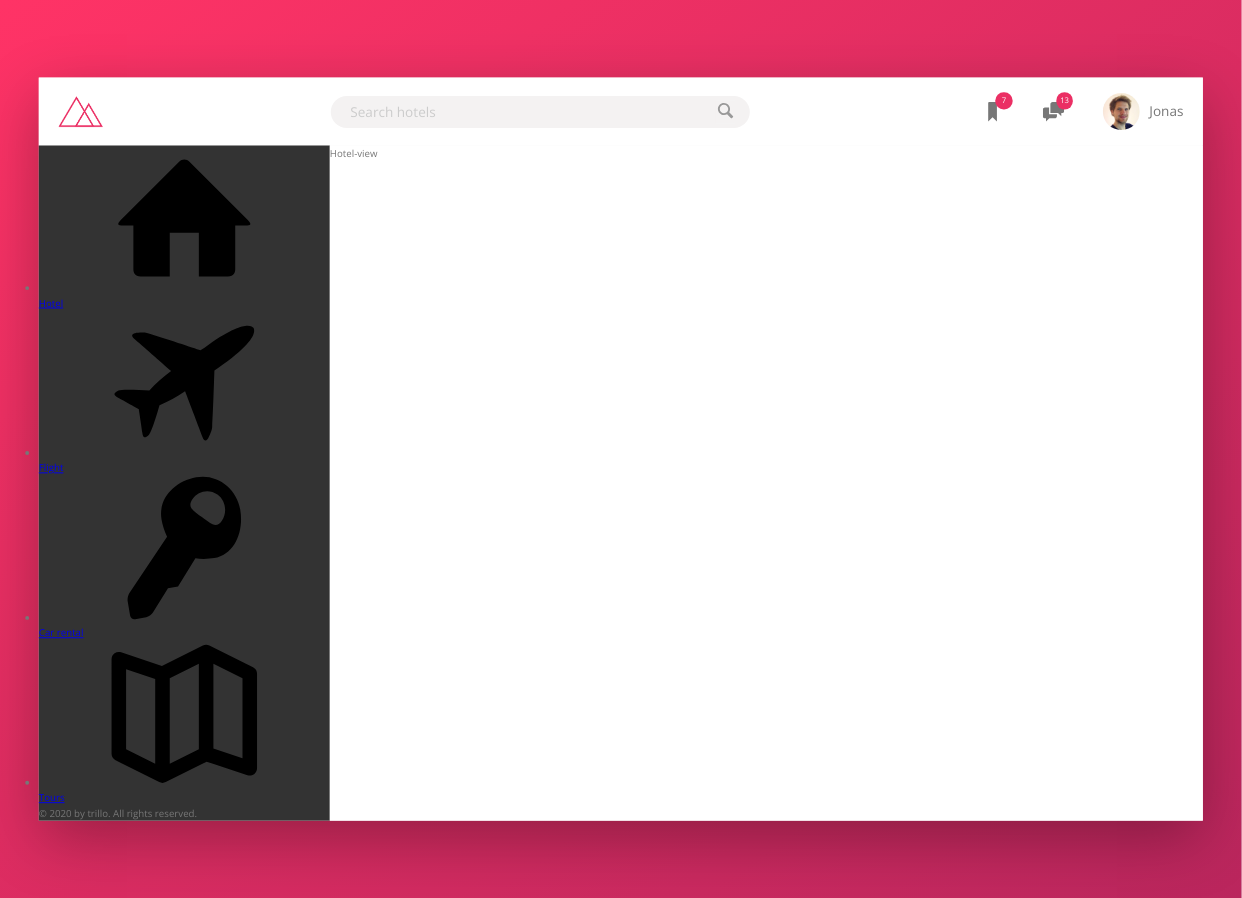
Repository: Lithium87/Trillo
Page: index.html
The author's editor kept a copy of each file at every save. The page is drawn from the files as they stood at one save, then again after the next save.
The browser window is 1280 px wide. The pictures show the whole page, at 97% of full size.
The style sheet was rebuilt from its Sass, Less or Tailwind sources for each picture, by a compiler version that may differ from the author's.

Above is the page before, as saved 2020-05-15 23:50:50.

### index.html
<!DOCTYPE html>
<html lang="en">

<head>
    <meta charset="UTF-8">
    <meta name="viewport" content="width=device-width, initial-scale=1.0">

    <link href="https://fonts.googleapis.com/css?family=Open+Sans:300,400,600" rel="stylesheet">
    <link rel="stylesheet" href="css/style.css">
    <link rel="shortcut icon" type="image/png" href="img/favicon.png">

    <title>trillo &mdash; Your all-in-one booking app</title>
</head>

<body>
    <div class="container">
        <header class="header">
            <img src="img/logo.png" alt="Trillo logo" class="logo">
            <form action="#" class="search">
                <input type="text" class="search__input" placeholder="Search hotels">
                <button class="search__button">
                    <svg class="search__icon">
                        <use xlink:href="img/sprite.svg#icon-magnifying-glass"></use>
                    </svg>
                </button>
            </form>

            <nav class="user-nav">
                <div class="user-nav__icon-box">
                    <svg class="user-nav__icon">
                        <use xlink:href="img/sprite.svg#icon-bookmark"></use>
                    </svg>
                    <span class="user-nav__notification">7</span>
                </div>
                <div class="user-nav__icon-box">
                    <svg class="user-nav__icon">
                        <use xlink:href="img/sprite.svg#icon-chat"></use>
                    </svg>
                    <span class="user-nav__notification">13</span>
                </div>
                <div class="user-nav__user">
                    <img src="img/user.jpg" alt="User photo" class="user-nav__user-photo">
                    <span class="user-nav__user-name">Jonas</span>
                </div>
            </nav>
        </header>
        <div class="content">
            <nav class="sidebar">
                <ul class="side-nav">
                    <li class="side-nav__item">
                        <a href="#" class="side-nav__link">
                            <svg class="side-nav__icon">
                                <use xlink:href="img/stripe.svg#icon-home"></use>
                            </svg>
                            <span>Hotel</span>
                        </a>
                    </li>
                    <li class="side-nav__item">
                        <a href="#" class="side-nav__link">
                            <svg class="side-nav__icon">
                                <use xlink:href="img/stripe.svg#icon-aircraft"></use>
                            </svg>
                            <span>Flight</span>
                        </a>
                    </li>
                    <li class="side-nav__item">
                        <a href="#" class="side-nav__link">
                            <svg class="side-nav__icon">
                                <use xlink:href="img/stripe.svg#icon-key"></use>
                            </svg>
                            <span>Car rental</span>
                        </a>
                    </li>
                    <li class="side-nav__item">
                        <a href="#" class="side-nav__link">
                            <svg class="side-nav__icon">
                                <use xlink:href="img/stripe.svg#icon-map"></use>
                            </svg>
                            <span>Tours</span>
                        </a>
                    </li>
                </ul>
                <div class="legal">
                    &copy; 2020 by trillo. All rights reserved.
                </div>
            </nav>
            <main class="hotel-view">
                Hotel-view
            </main>
        </div>
    </div>
</body>

</html>

### sass/_base.scss
:root {
    --color-primary: #eb2f64;
    --color-primary-light: #FF3366;
    --color-primary-dark: #BA265D;
    --color-grey-light-1: #faf9f9;
    --color-grey-light-2: #f4f2f2;
    --color-grey-light-3: #f0eeee;
    --color-grey-light-4: #ccc;
    --color-grey-dark-1: #333;
    --color-grey-dark-2: #777;
    --color-grey-dark-3: #999;
    --shadow-dark: 0 2rem 6rem rgba(0, 0, 0, .3);
}

* {
    margin: 0;
    padding: 0;
}

*,
*::before,
*::after {
    box-sizing: inherit;
}

html {
    box-sizing: border-box;
    font-size: 62.5%; // 1rem = 10px
}

body {
    font-family: 'Open Sans', sans-serif;
    font-weight: 400;
    line-height: 1.6;
    color: var(--color-grey-dark-2);
    background-image: linear-gradient(to right bottom, var(--color-primary-light), var(--color-primary-dark));
    background-size: cover;
    background-repeat: no-repeat;
    min-height: 100vh;
}

### sass/_layout.scss
.container {
    max-width: 120rem;
    margin: 8rem auto;
    background-color: var(--color-grey-light-1);
    box-shadow: var(--shadow-dark);
    min-height: 50rem;
}

.header {
    font-size: 1.4rem;
    height: 7rem;
    background-color: #fff;
    border-bottom: var(--color-grey-light-2);
    display: flex;
    justify-content: space-between;
    align-items: center;
}

.content {
    display: flex;
}

.sidebar {
    background-color: var(--color-grey-dark-1);
    flex: 0 0 18%;
}

.hotel-view {
    background-color: #fff;
    flex: 1;
}

### sass/_components.scss
///////////////////////
//LOGO
.logo {
    height: 3.25rem;
    margin-left: 2rem;
}

///////////////////////
//SEARCH BOX
.search {
    flex: 0 0 40%;
    display: flex;
    align-items: center;
    justify-content: center;
    &__input {
        font-family: inherit;
        font-size: inherit;
        color: inherit;
        background-color: var(--color-grey-light-2);
        border: none;
        padding: .7rem 2rem;
        border-radius: 100px;
        width: 90%;
        transition: all .2s;
        margin-right: -3.5rem;
        &:focus {
            outline: none;
            width: 100%;
            background-color: var(--color-grey-light-3);
        }
        &::-webkit-input-placeholder {
            font-weight: 100;
            color: var(--color-grey-light-4);
        }
    }
    &__input:focus+&__button {
        background-color: var(--color-grey-light-3);
    }
    &__button {
        border: none;
        background-color: var(--color-grey-light-2);
        &:focus {
            outline: none;
        }
        &:active {
            transform: translateY(2px);
        }
    }
    &__icon {
        height: 2rem;
        width: 2rem;
        fill: var(--color-grey-dark-3);
    }
}

///////////////////////
//USER NAVIGATION
.user-nav {
    align-self: stretch;
    display: flex;
    align-items: center;
    &>* {
        padding: 0 2rem;
        cursor: pointer;
        height: 100%;
        display: flex;
        align-items: center;
    }
    &>*:hover {
        background-color: var(--color-grey-light-2);
    }
    &__icon-box {
        position: relative;
    }
    &__icon {
        height: 2.25rem;
        width: 2.25rem;
        fill: var(--color-grey-dark-2);
    }
    &__notification {
        font-size: .8rem;
        height: 1.75rem;
        width: 1.75rem;
        border-radius: 50%;
        background-color: var(--color-primary);
        color: #fff;
        position: absolute;
        top: 1.5rem;
        right: 1.1rem;
        display: flex;
        justify-content: center;
        align-items: center;
    }
    &__user-photo {
        height: 3.75rem;
        border-radius: 50%;
        margin-right: 1rem;
    }
}

Loaded but not shown: sass/main.scss (common file)

After the next save:
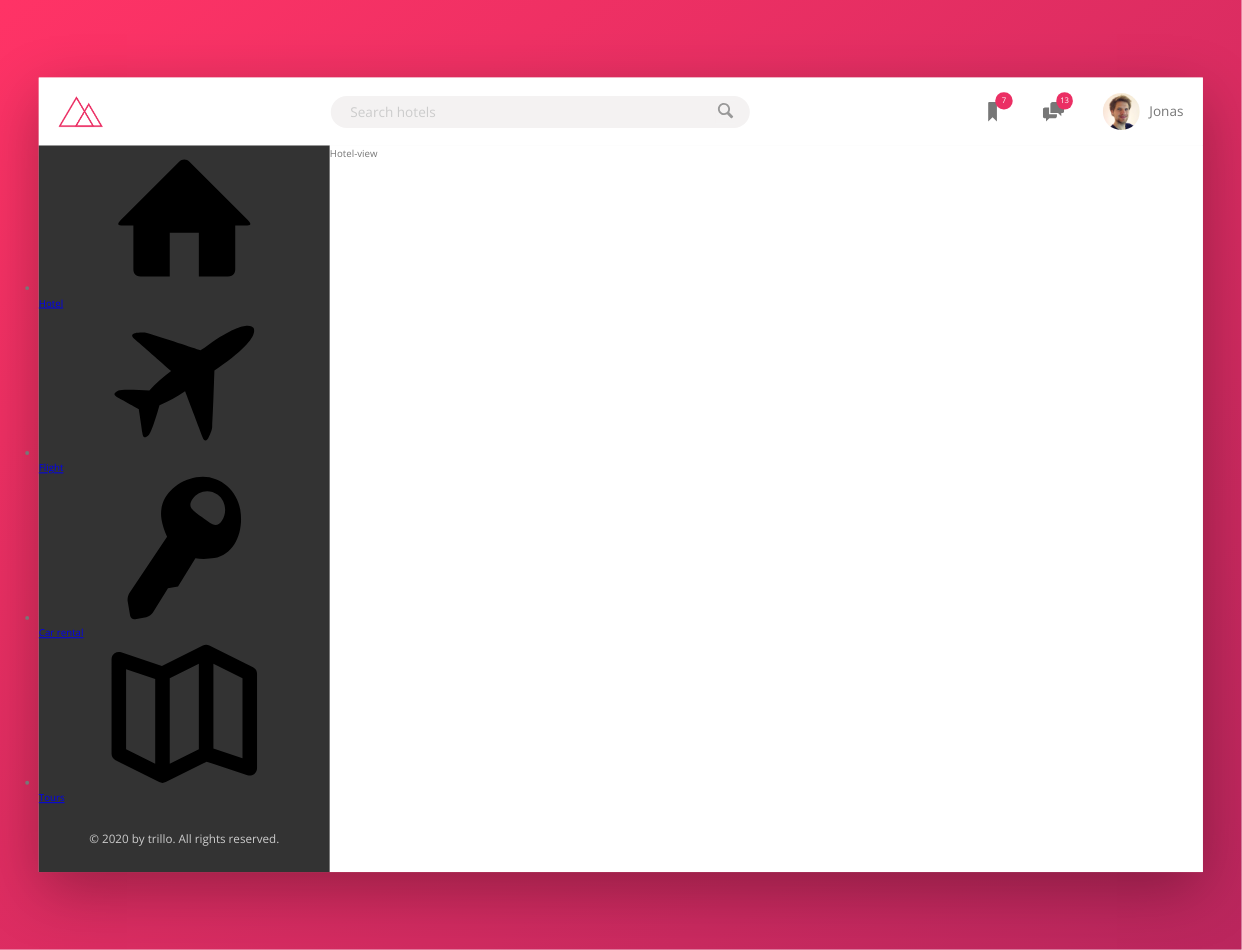
Saved 6 min 27 s later.
--- a/sass/_components.scss
+++ b/sass/_components.scss
@@ -97,3 +97,20 @@
         margin-right: 1rem;
     }
 }
+
+///////////////////////
+//SIDE NAVIGATION
+.side-nav {
+    &__item {}
+    &__link {}
+    &__icon {}
+}
+
+///////////////////////
+//LEGAL TEXT
+.legal {
+    font-size: 1.2rem;
+    color: var(--color-grey-light-4);
+    text-align: center;
+    padding: 2.5rem;
+}
